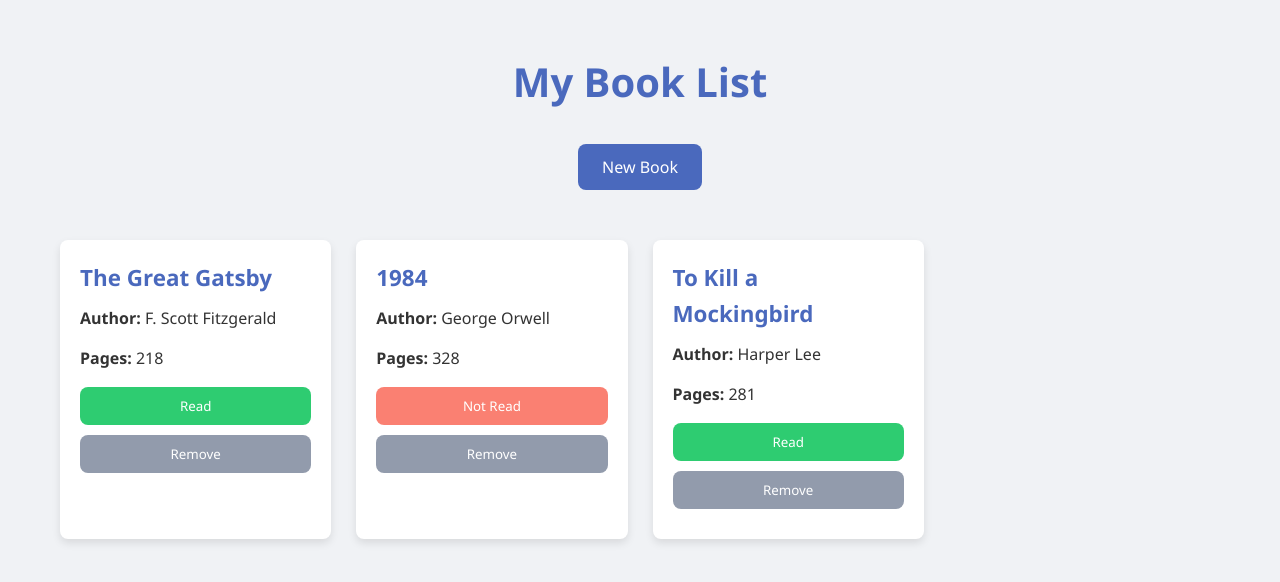
Repository: gkintu/odin-book-library
Page: index.html
These files come from the project's save history. The page is drawn as it stood at one moment and after the next save; the edit follows.
The browser window is 1280 px wide. The pictures show the whole page.

Above is the page before, as saved 2025-03-11 15:38:49.

After the next save:
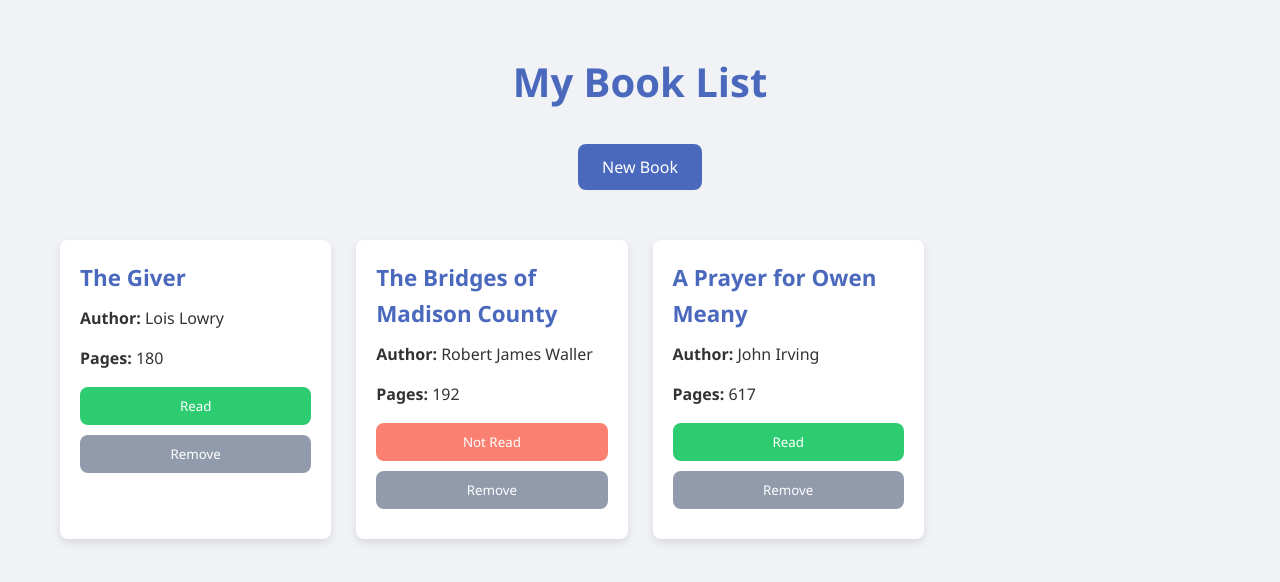
Saved 60 s later.
--- a/script.js
+++ b/script.js
@@ -104,6 +104,6 @@ document.getElementById("library").addEventListener("click", (event) => {
   }
 });
 
-addBookToLibrary('The Great Gatsby', 'F. Scott Fitzgerald', 218, true);
-addBookToLibrary('1984', 'George Orwell', 328, false);
-addBookToLibrary('To Kill a Mockingbird', 'Harper Lee', 281, true);
+addBookToLibrary('The Giver', 'Lois Lowry', 180, true);
+addBookToLibrary('The Bridges of Madison County', 'Robert James Waller', 192, false);
+addBookToLibrary('A Prayer for Owen Meany', 'John Irving', 617, true);
